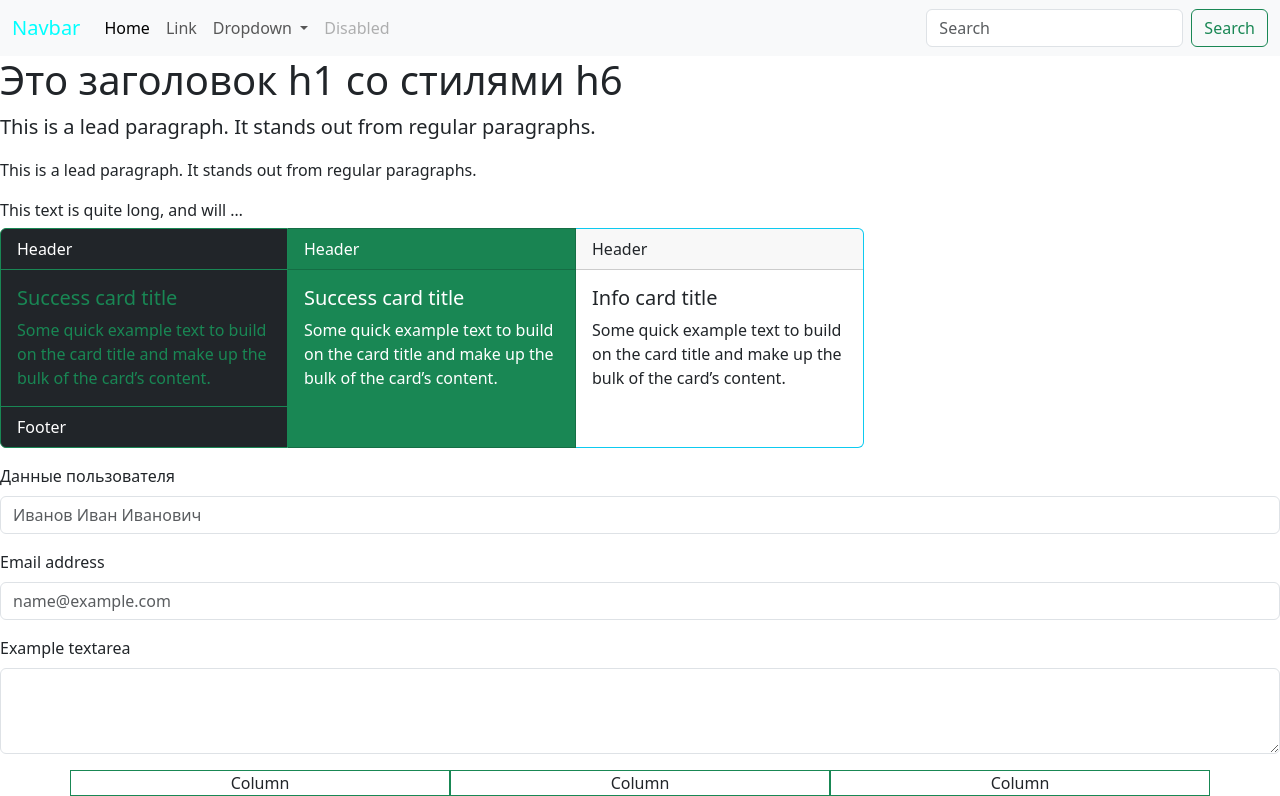
Repository: archangel88/elbrus_homework
Page: phase-0/week-3/day-5/css-bootstrap/index.html
The author's editor kept a copy of each file at every save. The page is drawn from the files as they stood at one save, then again after the next save.
The browser window is 1280 px wide. The pictures show the whole page.

Above is the page before, as saved 2025-10-10 23:14:03.

### phase-0/week-3/day-5/css-bootstrap/index.html
<!DOCTYPE html>
<html lang="en">
  <head>
    <meta charset="UTF-8" />
    <link
      rel="stylesheet"
      href="https://cdn.jsdelivr.net/npm/bootstrap@5.3.8/dist/css/bootstrap.min.css"
    />
    <link rel="stylesheet" href="style.css" />
    <meta name="viewport" content="width=device-width, initial-scale=1.0" />
    <title>Document</title>
  </head>
  <body>
    <nav class="navbar navbar-expand-lg bg-body-tertiary">
      <div class="container-fluid">
        <a class="navbar-brand" href="#">Navbar</a>
        <button
          class="navbar-toggler"
          type="button"
          data-bs-toggle="collapse"
          data-bs-target="#navbarSupportedContent"
          aria-controls="navbarSupportedContent"
          aria-expanded="false"
          aria-label="Toggle navigation"
        >
          <span class="navbar-toggler-icon"></span>
        </button>
        <div class="collapse navbar-collapse" id="navbarSupportedContent">
          <ul class="navbar-nav me-auto mb-2 mb-lg-0">
            <li class="nav-item">
              <a class="nav-link active" aria-current="page" href="#">Home</a>
            </li>
            <li class="nav-item">
              <a class="nav-link" href="#">Link</a>
            </li>
            <li class="nav-item dropdown">
              <a
                class="nav-link dropdown-toggle"
                href="#"
                role="button"
                data-bs-toggle="dropdown"
                aria-expanded="false"
              >
                Dropdown
              </a>
              <ul class="dropdown-menu">
                <li><a class="dropdown-item" href="#">Action</a></li>
                <li><a class="dropdown-item" href="#">Another action</a></li>
                <li><hr class="dropdown-divider" /></li>
                <li>
                  <a class="dropdown-item" href="#">Something else here</a>
                </li>
              </ul>
            </li>
            <li class="nav-item">
              <a class="nav-link disabled" aria-disabled="true">Disabled</a>
            </li>
          </ul>
          <form class="d-flex" role="search">
            <input
              class="form-control me-2"
              type="search"
              placeholder="Search"
              aria-label="Search"
            />
            <button class="btn btn-outline-success" type="submit">
              Search
            </button>
          </form>
        </div>
      </div>
    </nav>

    <h1 class="display-6">Это заголовок h1 со стилями h6</h1>

    <p class="lead">
      This is a lead paragraph. It stands out from regular paragraphs.
    </p>

    <p>This is a lead paragraph. It stands out from regular paragraphs.</p>

    <!-- Inline level -->
    <span class="d-inline-block text-truncate" style="max-width: 250px">
      This text is quite long, and will be truncated once displayed.
    </span>

    <div class="card-group">
      <div
        class="card border-success mb-3 text-bg-dark"
        style="max-width: 18rem"
      >
        <div class="card-header bg-transparent border-success">Header</div>
        <div class="card-body text-success">
          <h5 class="card-title">Success card title</h5>
          <p class="card-text">
            Some quick example text to build on the card title and make up the
            bulk of the card’s content.
          </p>
        </div>
        <div class="card-footer bg-transparent border-success">Footer</div>
      </div>
      <div class="card text-bg-success mb-3" style="max-width: 18rem">
        <div class="card-header">Header</div>
        <div class="card-body">
          <h5 class="card-title">Success card title</h5>
          <p class="card-text">
            Some quick example text to build on the card title and make up the
            bulk of the card’s content.
          </p>
        </div>
      </div>
      <div class="card border-info mb-3" style="max-width: 18rem">
        <div class="card-header">Header</div>
        <div class="card-body">
          <h5 class="card-title">Info card title</h5>
          <p class="card-text">
            Some quick example text to build on the card title and make up the
            bulk of the card’s content.
          </p>
        </div>
      </div>
    </div>

    <div class="mb-3">
      <label for="exampleFormControlInput1" class="form-label"
        >Данные пользователя</label
      >
      <input
        type="text"
        class="form-control"
        id="exampleFormControlInput1"
        placeholder="Иванов Иван Иванович"
      />
    </div>
    <div class="mb-3">
      <label for="exampleFormControlInput1" class="form-label"
        >Email address</label
      >
      <input
        type="email"
        class="form-control"
        id="exampleFormControlInput1"
        placeholder="name@example.com"
      />
    </div>
    <div class="mb-3">
      <label for="exampleFormControlTextarea1" class="form-label"
        >Example textarea</label
      >
      <textarea
        class="form-control"
        id="exampleFormControlTextarea1"
        rows="3"
      ></textarea>
    </div>

    <div class="container text-center">
      <div class="row">
        <div class="col border-success border">Column</div>
        <div class="col border-success border">Column</div>
        <div class="col border-success border">Column</div>
      </div>
    </div>
  </body>
</html>

### phase-0/week-3/day-5/css-bootstrap/style.css
.container-fluid .navbar-brand{
    color: aqua;
}

After the next save:
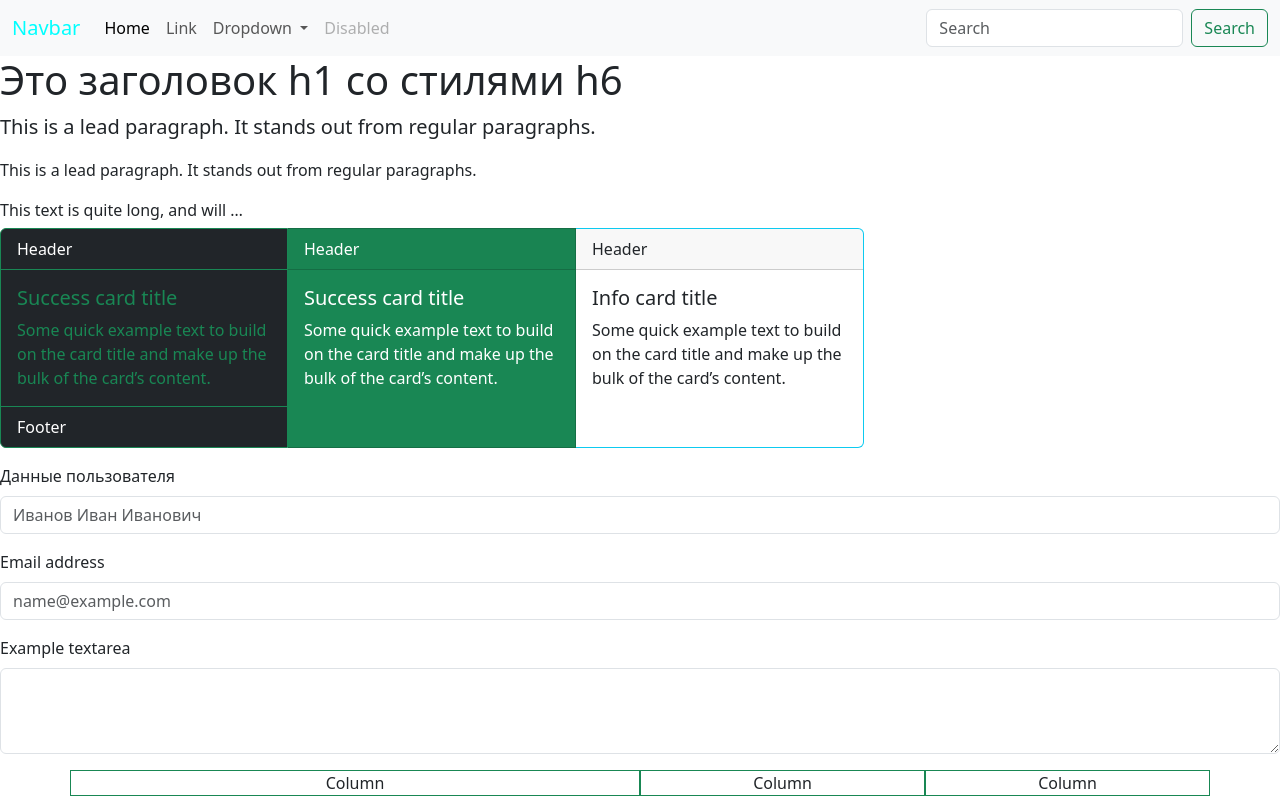
Saved 24 s later.
--- a/phase-0/week-3/day-5/css-bootstrap/index.html
+++ b/phase-0/week-3/day-5/css-bootstrap/index.html
@@ -156,7 +156,7 @@
 
     <div class="container text-center">
       <div class="row">
-        <div class="col border-success border">Column</div>
+        <div class="col-6 border-success border">Column</div>
         <div class="col border-success border">Column</div>
         <div class="col border-success border">Column</div>
       </div>
